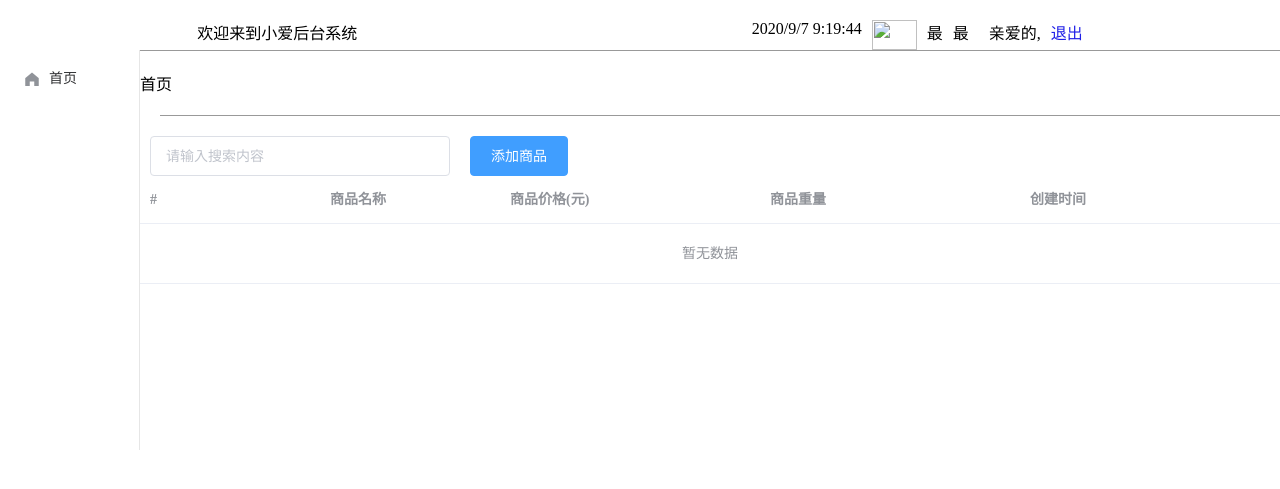
Repository: wujingwenwu/system
Page: /goods/goods
The author's editor kept a copy of each file at every save. The page is drawn from the files as they stood at one save, then again after the next save.
The browser window is 1280 px wide. The pictures show the whole page.
The page's requests for data from a server got no answer. The project was rebuilt for these pictures with package versions that can differ from the ones it lists, and the page was loaded fresh each time. No one was signed in, and anything a server would have sent is missing. Also part of the build but not shown: vue.config.js, src/views/Home.vue.

Above is the page before, as saved 2020-09-07 11:28:27.

### public/index.html
<!DOCTYPE html>
<html lang="en">
  <head>
    <meta charset="utf-8">
    <meta http-equiv="X-UA-Compatible" content="IE=edge">
    <meta name="viewport" content="width=device-width,initial-scale=1.0">
    <link rel="icon" href="<%= BASE_URL %>favicon.ico">
    <title><%= htmlWebpackPlugin.options.title %></title>
  </head>
  <body>
    <noscript>
      <strong>We're sorry but <%= htmlWebpackPlugin.options.title %> doesn't work properly without JavaScript enabled. Please enable it to continue.</strong>
    </noscript>
    <div id="app"></div>
    <!-- built files will be auto injected -->
    <!--[if lte IE 9]>
    <div style='position:absolute; top: 50%; left:50%; margin-top: -50px;margin-left: -400px; align-items: center;justify-content: center;'>
      <div style='width: 800px; height: 100px;text-align: center'>
        <h1>
        您的浏览器版本过低 请下载最新的谷歌浏览器
      </h1>
      <div style='text-align: center;width: 800px'>
        <a href='https://www.chromestatus.com/feature/5636954674692096'>下载谷歌浏览器点此链接</a>
      </div>
      </div>
    </div>
  <![endif]-->
  </body>
</html>

### src/main.js
import Vue from "vue";
import App from "./App.vue";
import router from "./router";
import store from "./store";
import './bus'
import axios from 'axios';
import ElementUI from 'element-ui'
import 'element-ui/lib/theme-chalk/index.css'
import  echarts from 'echarts';
Vue.config.productionTip = false;
Vue.prototype.$axios = axios;
Vue.use(ElementUI)
Vue.prototype.$echarts = echarts;
new Vue({
  router,
  store,
  render: h => h(App)
}).$mount("#app");

### src/App.vue
<template>
  <div id="app">
    <router-view />
  </div>
</template>

<style lang="scss">
@import "../src/style/demo";
* {
  margin: 0;
  padding: 0;
}
</style>

### src/router/index.js
import Vue from "vue";
import VueRouter from "vue-router";
import Home from "../views/Home.vue";
import Public from '../views/publics/Public'
Vue.use(VueRouter);

const routes = [
  {
    path: '/Home',
    redirect: '/'
  },
  {
    path: "/about",
    name: "About",
    // route level code-splitting
    // this generates a separate chunk (about.[hash].js) for this route
    // which is lazy-loaded when the route is visited.
    component: () =>
      import(/* webpackChunkName: "about" */ "../views/About.vue")
  },
  {
    path: "/login",
    name: "Login",
    component: () =>
      import("../views/login/Login"),

  },
  {
    path: "/",
    name: "首页",
    component: Public,
    children: [
      {
        path: "",
        name: "Home",
        component: Home,
        meta: {
          title: "首页",
          icon: 'el-icon-s-home'
        },
      }
    ]
  },
  {
    path: "/users",
    name: "Public",
    component: Public,
    meta: {
      title: "用户管理",
      icon: 'el-icon-user-solid',
    },
    children: [
      {
        path: "users",
        name: "Users",
        component: () => import("../views/users/Users"),
        meta: {
          title: "用户列表",
          icon: 'el-icon-folder-opened',
          path: "/users/users"
        },
      }

    ]
  },
  {
    path: "/rights",
    name: "Public",
    component: Public,
    meta: {
      title: "权限管理",
      icon: 'el-icon-folder'
    },
    children: [
      {
        path: "roles",
        name: "Roles",
        component: () => import("../views/roles/Roles"),
        meta: {
          title: "角色列表",
          icon: 'el-icon-setting',
          path: '/rights/roles'
        },
      },
      {
        path: "rights",
        name: "Roles",
        component: () => import("../views/rights/Rights"),
        meta: {
          title: "权限列表",
          icon: 'el-icon-c-scale-to-original',
          path: '/rights/rights'
        },
      },
    ]
  },
  {
    path: "/goods",
    name: "Public",
    component: Public,
    meta: {
      title: "商品管理",
      icon: 'el-icon-shopping-bag-2'
    },
    children: [
      {
        path: "goods",
        name: "Goods",
        component: () => import("../views/goods/Goods"),
        meta: {
          title: "商品列表",
          icon: 'el-icon-bangzhu',
          path: '/goods/goods'
        },
      },
      {
        path: "params",
        name: "Params",
        component: () => import("../views/params/Params"),
        meta: {
          title: "分类参数",
          icon: 'el-icon-bell',
          path: '/goods/params'
        },
      },
      {
        path: "categories",
        name: "Categories",
        component: () => import("../views/categories/Categories"),
        meta: {
          title: "商品分类",
          icon: 'el-icon-date',
          path: '/goods/categories'
        },
      },
    ]
  },
  {
    path: "/orders",
    name: "Public",
    component: Public,
    meta: {
      title: "订单管理",
      icon: 'el-icon-s-order'
    },
    children: [
      {
        path: "orders",
        name: "Orders",
        component: () => import("../views/orders/Orders"),
        meta: {
          title: "订单列表",
          icon: 'el-icon-folder-add',
          path: '/orders/orders'
        },
      }

    ]
  },
  {
    path: "/reports",
    name: "Public",
    component: Public,
    meta: {
      title: "数据统计",
      icon: 'el-icon-message'
    },
    children: [
      {
        path: "reports",
        name: "Reports",
        component: () => import("../views/reports/Reports"),
        meta: {
          title: "数据报表",
          icon: 'el-icon-position',
          path: '/reports/reports'
        },
      }

    ]
  },
];

const router = new VueRouter({
  mode: "history",
  base: process.env.BASE_URL,
  routes
});

export default router;

### src/store/index.js
import Vue from "vue";
import Vuex from "vuex";
import login from './login/login';
import publics from './publics/publics';
import report from './report/report';
import management  from './management/management';
import jurisdiction from './jurisdiction/jurisdiction';
import goodser from './goodser/goodser'
Vue.use(Vuex);

export default new Vuex.Store({
  state: {},
  mutations: {},
  actions: {},
  modules: {
    login,
    publics,
    report,
    management,
    jurisdiction,
    goodser
  }
});

### src/bus/index.js
import Vue from 'vue'
const bus = new Vue()
Vue.prototype.$bus = bus

### src/style/demo.scss
.d-f{
    display: flex;
    /* 弹性盒模型 */
}
.f-s-12{
    font-size: 12px;
    /* 字体大小为12px */
}
.f-s-14{
    font-size: 14px;
    /* 字体大小为14px */
}
.f-s-16{
    font-size: 16px;
    /* 字体大小为16px */
}
.f-w{
    font-weight: 700;
    /*字体 加粗 */
}
.f-c-ho{
    color: #f00;
    /* 红色 */
}
.f-c-hu{
    color: #ccc;
    /* 灰色 */
}
.f-c-b{
    color: #ffffff;
    /* 白色 */
}
.f-c-he{
    color: #000;
    /* 黑色 */
}
.t-a-l{
    text-align: left;
    /* 文本左对齐 */
}
.t-a-c{
    text-align: center;
    /* 文本居中 */
}
.t-a-r{
    text-align: right;
    /* 文本右对齐 */
}
.t-d-u{
    text-decoration: underline;
    /* 装饰在文本底部 */
}
.t-d-o{
    text-decoration: overline;
    /* 装饰在顶部 */
}
.t-d-l-t{
    text-decoration: line-through;
    /* 装饰在文本中间 */
}
.d-i{
    display: inline;
    /* 块级元素装换成行内元素 */
}
.d-i-b{
    display: inline-block;
    /* 块级元素装换成行内块元素 */
}
.d-b{
    display: block;
    /* 行内和行内块元素装换成块级元素 */
}
.d-n{
    display: none;
    /* 隐藏元素 */
}
.p-r{
    position: relative;
    /* 相对定位 */
}
.p-a{
    position: absolute;
    /* 绝对定位 */
}
.p-f{
    position: fixed;
    /* 固定定位 */
}
.b-r-50{
    border-radius: 50%;
    /* 圆角为50% */
}
.j-c-s-a{
    justify-content: space-around;
   /* 两边的子元素距离父元素的两边有间距，然后中间距离自动等分 */
}
.j-c-s-b{
    justify-content: space-between;
    /* 两边的子元素距离父元素没有间距，然后中间距离自动等分 */

}
.j-c-c{
    justify-content: center;
     /* 所有的子元素相当于父元素水平居中 */
}
.a-i-c{
    align-items: center;
    /* （竖轴排列方式）子元素相当于父元素垂直方向居中 */
}
.f-d-c{
    flex-direction: column;
    /* 弹性盒模型的竖项排列方式 */
}
*{
  margin: 0;
  padding: 0;
  /* 清除游览器的痕迹 */
}
.conter{
    display: flex;
    justify-content: center;
    /* 弹性盒模型，所有的文本在页面的中间 */
}
.warp{
   width: 1280px;
   /* 宽度为1280px，基本上不会超过1400px */
}
.o-h{
    overflow: hidden;
    /* 超出部分隐藏 */
}
.w-o-t{
    white-space: nowrap;
    overflow: hidden;
    text-overflow: ellipsis;
    /* 超出部分隐藏（只限字体） */
}
.d-n{
    display: none;
    /* 不占位置 */
}
.v-h{
    visibility: hidden;
    /* 占位置 */
}
.f-w-w{
    flex-wrap: wrap;
    /* 换行 */
}
.w-s-n{
    white-space: nowrap;
    /* 内容不换行 */
}
.m-t-20{
    margin-top: 20px;
    /* 向下20 */
}
.m-l-20{
    margin-left: 20px;

}
.m-t-10{
    margin-top: 10px;
}
.m-l-10{
    margin-left: 10px;
}
.b-c-hong{
    background-color: red;
}
.b-c-hei{
    background-color: black;
}
.b-c-bai{
    background-color: #ffffff;
}
.b-c-hui{
    background-color: #ccc;
}
.b-1-s-hong{
    border: 1px solid red;
}
.b-1-d-hong{
    border: 1px dashed red;
}
.b-1-s-bai{
    border: 1px solid #ffffff;
}
.b-1-d-bai{
    border: 1px dashed #ffffff;
}
.b-1-s-hei{
    border: 1px solid black;
}
.b-1-d-hei{
    border: 1px dashed black;
}
.b-1-s-hui{
    border: 1px solid #ccc;
}
.b-1-d-hui{
    border: 1px dashed #ccc;
}
.b-l-n{
    border-left: none;
    /* 左边框隐藏 */
}
.b-t-n{
    border-top: none;
}
.b-r-n{
    border-right: none;
}
.b-b-n{
    border-bottom: none;
}
.m-t-15{
    margin-top: 15px;
}
.m-t-30{
    margin-top: 30px;
}
.m-t-5{
    margin-top: 5px;
}
.b-none{
    border: none;
}
.f-s-18{
    font-size: 18px;
}
.m-l--10{
    margin-left: -10px;
}
.m-l-40{
    margin-left: 40px;
}
.m-t-40{
    margin-top: 40px;
}
.o-n{
    outline: none;
    /* 隐藏边框 */
}

### src/views/publics/Public.vue
<template>
<div>
  <div class="d-f publics j-c-s-a m-t-20">
    <div>欢迎来到小爱后台系统</div>
    <div class="d-f">
    <div>  {{ nowDate + ' ' + nowTime + ' ' }}</div>
     <div class="d-f m-l-10">

    <img :src="img" alt="" class="img">
    <div class="m-l-10">{{weather.type}}</div>
    <div>最{{weather.high}}</div>
    <div class="m-l-10">最{{weather.low}}</div>
    <div class="m-l-20">亲爱的,{{user}}</div>
    <div class="m-l-10 color" @click="toOut">退出</div>
    </div>
    </div>
  </div>
  <div class="d-f">
  <el-menu
      :default-active="$route.path"
      class="el-menu-vertical-demo"
      @open="handleOpen"
      @close="handleClose" unique-opened router>
       <el-menu-item index="/">
        <i class="el-icon-s-home"></i>
        <span slot="title">首页</span>
      </el-menu-item>
      <el-submenu :index="item.path" v-for="(item,index) in menus" :key="index" >
        <template slot="title">
         <i :class="item.icon"></i>
         <span>{{item.authName}}</span>
        </template>
        <el-menu-item-group v-for="(item1,index1) in item.children" :key="index1">

          <el-menu-item :index="item1.path"><i :class="item1.icon"></i>{{item1.authName}}</el-menu-item>

        </el-menu-item-group>
      </el-submenu>



    </el-menu>
    <div>
    <div class="show"></div>
    <div class="m-t-20">首页</div>
    <div class="show1 m-t-20"></div>
  <router-view></router-view>
  </div>
  </div>
  </div>
</template>

<script>
import { createNamespacedHelpers } from 'vuex'
const userModule = createNamespacedHelpers('publics')
const { mapState: userState, mapActions: userActions } = userModule
export default {
  name: "",
  props: {},
  data() {
    return {
      nowDate: "", // 当前日期
      nowTime: "", // 当前时间
      hous:'',
      weather:'',
      img:'',
      user:'',
      routes:''
    };
  },
  components: {},
  methods: {
    toOut(){
      this.$router.push('/login')
    },
    handleOpen(){

    },
    handleClose(){
    },
      ...userActions(['getMenus']),
      //获取当前时间
    currentTime() {
            setInterval(this.getDate, 500);
        },
        getDate: function() {
            var _this = this;
            let yy = new Date().getFullYear();
            let mm = new Date().getMonth() + 1;
            let dd = new Date().getDate();
            let hh = new Date().getHours();
            this.hous=new Date().getHours()
            let mf =
                new Date().getMinutes() < 10
                    ? "0" + new Date().getMinutes()
                    : new Date().getMinutes();
               let my =
                new Date().getSeconds() < 10
                    ? "0" + new Date().getSeconds()
                    : new Date().getSeconds();
            _this.nowTime = hh + ":" + mf +":"+ my;
            _this.nowDate = yy + "/" + mm + "/" + dd;
        },

  },
  mounted() {
    console.log(this.$router);
    this.routes=this.$router.options.routes
       this.getMenus()
      this.currentTime();
      //获取天气
     this.$axios
      .get("http://wthrcdn.etouch.cn/weather_mini?city=成都")
      .then((res) =>{
        // console.log(res.data.data);
        this.weather=res.data.data.forecast[0]//获取到当天的天气
        console.log(this.weather);
        if(this.weather.type=='多云'){
            this.img=require("../../image/90XB9(C7P}7EJ59[7O99%K5.png")
        }if(this.weather.type=='晴天'){
          this.img=require("../../image/{}BC(0D8R~BDMVK70GMGXYT.png")
        }if(this.weather.type=='小雨'){
          this.img=require("../../image/`1L(N@R7EQZ_8M3(AY`~O~C.png")
        }

      })
      .catch((err) =>{
        console.log(err);
      });
    this.user=localStorage.getItem('user')
  },
   // 销毁定时器
    beforeDestroy: function() {
        if (this.getDate) {
            console.log("销毁定时器")
            clearInterval(this.getDate); // 在Vue实例销毁前，清除时间定时器
        }
    },
  watch: {},
  computed: {
     ...userState(['menus'])
  }
};
</script>

<style scoped lang='scss'>
.img{
    width: 45px;
    height: 30px;
}
.color{
    color: rgb(31, 31, 231);
    cursor: pointer;
}
.el-menu-vertical-demo:not(.el-menu--collapse) {
    width: 200px;
    min-height: 400px;
  }
  .show{
    width: 1140px;
   height: 1px;
   background: #999;

  }
  .show1{
     width: 1120px;
   height: 1px;
   background: #999;
   margin-left: 20px;
  }
</style>

### src/views/goods/Goods.vue
<template>
<!--商品列表-->
 <div>
 <div class="d-f m-t-20">
 <el-input
  placeholder="请输入搜索内容" class="input m-l-10"
  v-model="input"
  clearable>
</el-input>
<div class="m-l-20">
<el-button type="primary">添加商品</el-button>
</div>
 </div>
   <el-table
      :data="goodser"
      style="width: 100%">
      <el-table-column
        type="index"
        :index="indexMethod"
        label="#"
        width="180">
      </el-table-column>
      <el-table-column
        prop="goods_name"
        label="商品名称"
        width="180">
      </el-table-column>
      <el-table-column
        prop="goods_price"
        label="商品价格(元)">
      </el-table-column>
       <el-table-column
        prop="goods_weight"
        label="商品重量">
      </el-table-column>
       <el-table-column
        prop="add_time"
        label="创建时间">
      </el-table-column>
    </el-table>
 </div>
</template>

<script>
import { createNamespacedHelpers } from "vuex";
const userModule = createNamespacedHelpers("goodser");
const { mapState, mapActions } = userModule;
 export default {
   name:'',
   props:{

    },
   data () {
     return {
     query:'',
     pagenum:'1',
     pagesize:'10',
     input: '',
   }
   },
   components: {

   },
   methods: {
 ...mapActions(["getGoodser"]),
 //获取下标
    indexMethod(index) {
      return index * 1 + 1;
    },
   },
   mounted() {
    this.getGoodser({
     query:this.query,
      pagenum:this.pagenum,
      pagesize:this.pagesize
    })
   },
   watch: {

   },
   computed: {
    ...mapState(["goodser"])
   }
 }
</script>

<style scoped lang='scss'>
.input{
  width: 300px;
}
</style>

### src/store/login/login.js
import api from '../../components/http/api';
import router from '../../router';
import {Message} from 'element-ui';

export default {
  // 开启命名空间 这个文件就是单独的一个vuex的模块
  namespaced: true,
  state: {
    menus: []
  },
  mutations: {
    setMenus(state, data) {
      state.menus = data
    }
  },
  actions: {
    // 所有的请求都写在actions里面
    // action里面的方法可以传两个参数 第一个参数是整个store(vuex对象) 第二个参数是请求的参数

    async login( {commit},{username, password}) {
      console.log(commit);
      let res = await api.login({
        username,
        password
      })
      if (res.meta.status === 200) {
        // 存储信息
        localStorage.setItem('adminToken', res.data.token)
        localStorage.setItem('adminUser', JSON.stringify(res.data))
        localStorage.setItem('user',username)
        // 跳转路由
        router.push('/')
        // 提示用户
        Message.success('登录成功')
      } else {
        Message.error(res.meta.msg)
      }
    }
    // getMenus() {
    //   api.getMenus().then().catch()
    // }
  },
}

### src/store/report/report.js
import api from '../../components/http/api';
// import router from '../../router';
// import {Message} from 'element-ui';

export default {
  // 开启命名空间 这个文件就是单独的一个vuex的模块
  namespaced: true,
  state: {
   data:[],
   legend:[],
   xAxis:[]
  },
  mutations: {
    setData(state, data) {
      state.data = data
    },
    setLegend(state, data) {
        state.legend = data
      },
      setXAxis(state, data) {
        state.xAxis = data
      }
  },
  actions: {
    // 所有的请求都写在actions里面
    // action里面的方法可以传两个参数 第一个参数是整个store(vuex对象) 第二个参数是请求的参数

    async getReports( {commit}) {
      console.log(commit);
      let res = await api.getReports({

      })
      if (res.meta.status === 200) {
          this.data = res.data.series
          commit('setData', res.data.series)
          commit('setXAxis', res.data.xAxis[0].data)
          commit('setLegend', res.data.legend.data)
        console.log(res.data);
      }
    }

  },
}

### src/store/management/management.js
import api from '../../components/http/api';
import Vue from 'vue';
import dayjs from 'dayjs';
// import router from '../../router';
// import {Message} from 'element-ui';

export default {
  // 开启命名空间 这个文件就是单独的一个vuex的模块
  namespaced: true,
  state: {
    orderss:[],
    logistics:[]
  },
  mutations: {
    setOrderss(state, data) {
        state.orderss = data
    },
    setLogistics(state, data) {
      state.logistics = data
  },
  },
  actions: {
    // 所有的请求都写在actions里面
    // action里面的方法可以传两个参数 第一个参数是整个store(vuex对象) 第二个参数是请求的参数

    async getOrderss({ commit }, {query,pagenum,pagesize,user_id,pay_status,is_send,order_fapiao_title,order_fapiao_company,order_fapiao_content,consignee_addr}) {

      let res = await api.getOrderss({
        query,pagenum,pagesize,user_id,pay_status,is_send,order_fapiao_title,order_fapiao_company,order_fapiao_content,consignee_addr
      })
      if (res.meta.status === 200) {
        // 存储信息
        commit('setOrderss', res.data.goods)
       console.log(res.data);
      }
      res.data.goods.map(item=>{
        if(item.pay_status==='0'){
          Vue.set(item,'pay_statuss','未付款')
        }else{
          Vue.set(item,'pay_statuss','已付款')
        };
        item.create_time= dayjs(item.create_time).format('YYYY-MM-DD HH-mm-ss')
      })
    },

    async getLogistics({ commit }, {id}) {

      let res = await api.getLogistics({
        id
      })
      if (res.meta.status === 200) {
        // 存储信息
        commit('setLogistics', res.data)
        console.log(commit);
       console.log(res);
      }
    }
  },
}

### src/store/jurisdiction/jurisdiction.js
import api from '../../components/http/api';
import Vue from 'vue'
// import router from '../../router';
import {Message} from 'element-ui';

export default {
  // 开启命名空间 这个文件就是单独的一个vuex的模块
  namespaced: true,
  state: {
    power: [],
    roles:[],
    rights:[]
  },
  mutations: {
    setPower(state, data) {
      state.power = data
    },
    getRoles(state, data) {
      state.roles = data
    },
    setRights(state, data) {
      state.rights = data
    },
  },
  actions: {
    // 所有的请求都写在actions里面
    // action里面的方法可以传两个参数 第一个参数是整个store(vuex对象) 第二个参数是请求的参数
    async getPower( {commit},{type}) {
      console.log(commit);
      let res = await api.getPower({
        type
      })
      if (res.meta.status === 200) {
        commit('setPower', res.data)
       console.log(res.data);
      }
      res.data.map(item=>{
          if(item.level==='0'){
            Vue.set(item, 'levels','一级')
          }if(item.level==='1'){
            Vue.set(item, 'levels','二级')
          }if(item.level==='2'){
            Vue.set(item, 'levels','三级')
          }
      })
    },
    //角色列表
    async getRoles( {commit}) {
      console.log(commit);
      let res = await api.getRoles({

      }
      )
      console.log(res);
      if (res.meta.status === 200) {
        commit('getRoles', res.data)
       console.log(res);
      }
    },
    //添加角色
    async postAddrole( {dispatch},{roleName,roleDesc}) {
      let res = await api.postAddrole({
        roleName,roleDesc
      }
      )
      if (res.meta.status === 201) {
        dispatch('getRoles',
        )
        Message.success('添加用户成功')
       console.log(res);
      }
    },
    async deleteRole( {dispatch},{id}) {
      let res = await api.deleteRole({
        id
      }
      )
      if (res.meta.status === 200) {
        dispatch('getRoles',
        )
        Message.success('删除用户成功')
       console.log(res);
      }
    },
    async editRole( {dispatch},{id,roleName,roleDesc}) {
      let res = await api.editRole({
        id,roleName,roleDesc
      }
      )
      if (res.meta.status === 200) {
        dispatch('getRoles',
        )
        Message.success('修改用户成功')
       console.log(res);
      }
    },
    //获取权限管理
    async getRights( {commit},{type}) {
      let res = await api.getRights({
        type
      }
      )
      console.log(res);
      if (res.meta.status === 200) {
        commit('setRights', res.data)

      }
    },
    async setRoles( {commit},{roleId,rids}) {
      console.log(commit);
      let res = await api.setRoles({
        roleId, rids
      }
      )
      if (res.meta.status === 200) {
        console.log(res);
        Message.success('修改权限成功')
      }
    },
  },
}

### src/store/goodser/goodser.js
import api from '../../components/http/api';
import dayjs from 'dayjs'
// import Vue from 'vue'
// import router from '../../router';
// import {Message} from 'element-ui';

export default {
  // 开启命名空间 这个文件就是单独的一个vuex的模块
  namespaced: true,
  state: {
    goodser:[]
  },
  mutations: {
    setGoodser(state, data) {
        state.goodser = data
      },
  },
  actions: {
    // 所有的请求都写在actions里面
    // action里面的方法可以传两个参数 第一个参数是整个store(vuex对象) 第二个参数是请求的参数
    async getGoodser( {commit},{query,pagenum,pagesize}) {
      console.log(commit);
      let res = await api.getGoodser({
        query,pagenum,pagesize
      })
      console.log(res);
      if (res.meta.status === 200) {
        commit('setGoodser', res.data.goods)
      };
      res.data.goods.map(item=>{
          item.add_time=dayjs(item.add_time).format('YYYY-MM-DD HH-mm-ss')
      })

    },






  },
}

### src/components/http/api.js
import service from './index';
import qs from 'qs'

export default {
  login({username, password}) {
    return service.post('/login', {
      username,
      password
    })
  },
  getMenus() {
    return service.get('menus')
  },
  getUserList({pagenum,pagesize,query}) {
    return service.get(`users?pagenum=${pagenum}&pagesize=${pagesize}&query=${query}`)
  },
  getState({uId,type}) {
    return service.put(`users/${uId}/state/${type}`)
  },
  getParty({username,password,email,mobile}) {
    return service.post(`users`,
    {username,password,email,mobile}
    )
  },
  //删除
  getDelete({id}) {
    return service.delete(`users/${id}`,
    )
  },
  //修改用户
  getAmend({id,email,mobile}) {
    return service.put(`users/${id}`,{email,mobile}
    )
  },
   //基于时间统计的折线图
   getReports() {
    return service.get(`reports/type/1/`)
  },
  //订单数据列表
  // query,user_id,pay_status,is_send,order_fapiao_title,order_fapiao_company,order_fapiao_content,consignee_addr
  getOrderss({pagenum,pagesize}) {
    return service.get(`orders?pagenum=${pagenum}&pagesize=${pagesize}`)
  },
    getPower({type}) {
      return service.get(`rights/${type}`)
    },
    //查看物流信息
    getLogistics({id}) {
      return service.get(`kuaidi/${id}`)
    },
    //角色列表
    getRoles() {
      return service.get(`roles`)
    },
    //添加角色
    postAddrole({roleName,roleDesc}) {
      return service.post(`roles`,{roleName,roleDesc})
    },
     //删除角色
     deleteRole({id}) {
      return service.delete(`roles/${id}`)
    },
     //编辑角色
     editRole({id,roleName,roleDesc}) {
      return service.put(`roles/${id}`,{roleName,roleDesc})
    },
    //分配权限
    setRoles({ roleId, rids }) {
      return service.post(`roles/${roleId}/rights`, qs.stringify({ rids }), {
        headers: { 'Content-Type': 'application/x-www-form-urlencoded' },
      });
    },
       // 权限管理
       getRights({type}) {
        return service.get(`rights/${type}`)
      },
        // 商品列表数据
        getGoodser({query,pagenum,pagesize}) {
          return service.get(`goods?query=${query}&pagenum=${pagenum}&pagesize=${pagesize}`)
        },
}

### src/components/http/index.js
import axios from 'axios'
import nprogress from 'nprogress'
import {Message} from 'element-ui'

// 运行环境: 本地环境:devlpment 和线上(生产)环境: production
const isPro = process.env.NODE_ENV === 'production'

// 创建一个axios的实例
const service = axios.create({
  // 基础路径: 需要根据当前的运行环境来判断
  baseURL: isPro ? '线上的接口路径' : '/api',
  // 超时时间
  timeout: 100000
})


// 请求拦截: 每一次发请求都会做的事情
service.interceptors.request.use((config) => {
  nprogress.start()
  // 前后端鉴权
  // jwt: JSON WEB TOKEN
  // 登录成功之后 后端会返回一个令牌
  let token = localStorage.getItem('adminToken')
  if (token) {
    // 需要在请求头当中添加token
    config.headers['Authorization'] = token
  }
  return config
}, err => {
  nprogress.done()
  return Promise.reject(err)
})


// 响应拦截: 每一次接口返回数据的时候都会做的事情
service.interceptors.response.use((res) => {
  nprogress.done()
  return res.data
}, err => {
  if (err.response && err.response.status) {
    // 错误请求的状态码
    let status = err.response.status
    if (status === 400) {
      Message.error('参数错误')
    }
    if (status === 401) {
      Message.error('登录过期,请重新登录')
    }
    if (status === 403) {
      Message.error('没有权限')
    }
    if (status === 404) {
      Message.error('接口路径错误')
    }
    if (status === 500) {
      Message.error('服务器出错')
    }
    if (status === 503) {
      Message.error('服务器在维护')
    }
  }
  return Promise.reject(err)
})


export default service

Loaded but not shown: src/store/publics/publics.js (148 lines, source omitted)

After the next save:
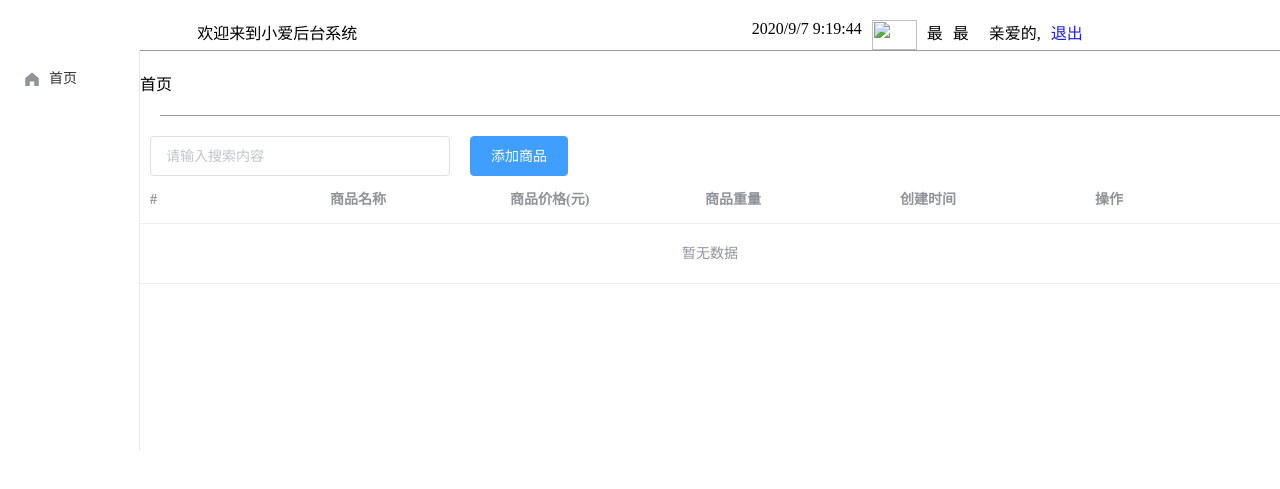
Saved 16 s later.
--- a/src/views/goods/Goods.vue
+++ b/src/views/goods/Goods.vue
@@ -36,6 +36,10 @@
        <el-table-column
         prop="add_time"
         label="创建时间">
+      </el-table-column>
+        <el-table-column
+        prop="add_time"
+        label="操作">
       </el-table-column>
     </el-table>
  </div>
